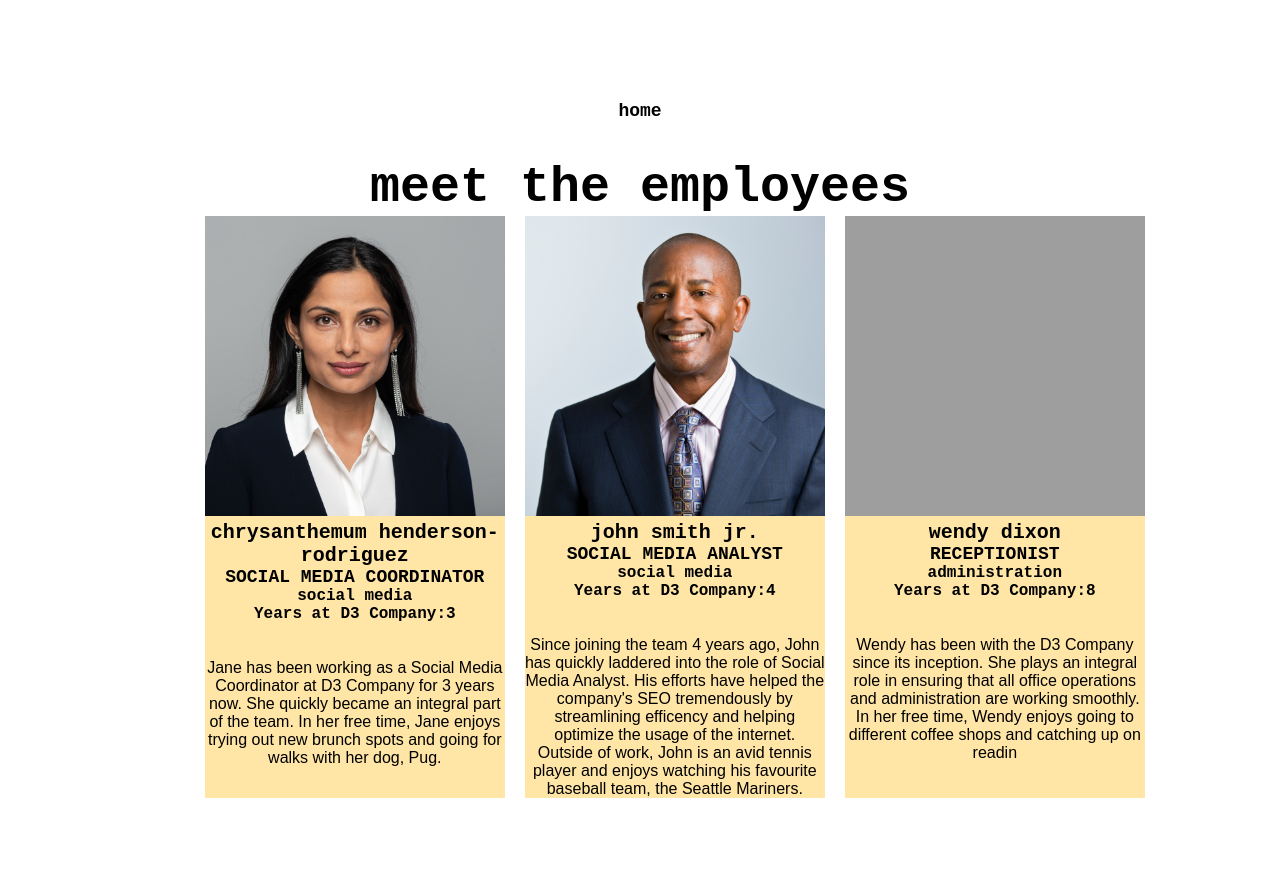
Repository: cheungglenda/MDIA2109-Week3
Page: /about
An editor plug-in stored every save of this project. The page is shown before and after the next save, followed by the edit.
The browser window is 1280 px wide. The pictures show the whole page.
Pictures or frames that could not be fetched are drawn as grey boxes. The project was rebuilt for these pictures with package versions that can differ from the ones it lists, and the page was loaded fresh each time. The framework's server and built-in components were replaced by stand-ins that run in the browser. Also part of the build but not shown: next.config.js.

Above is the page before, as saved 2023-01-20 12:37:22.

After the next save:
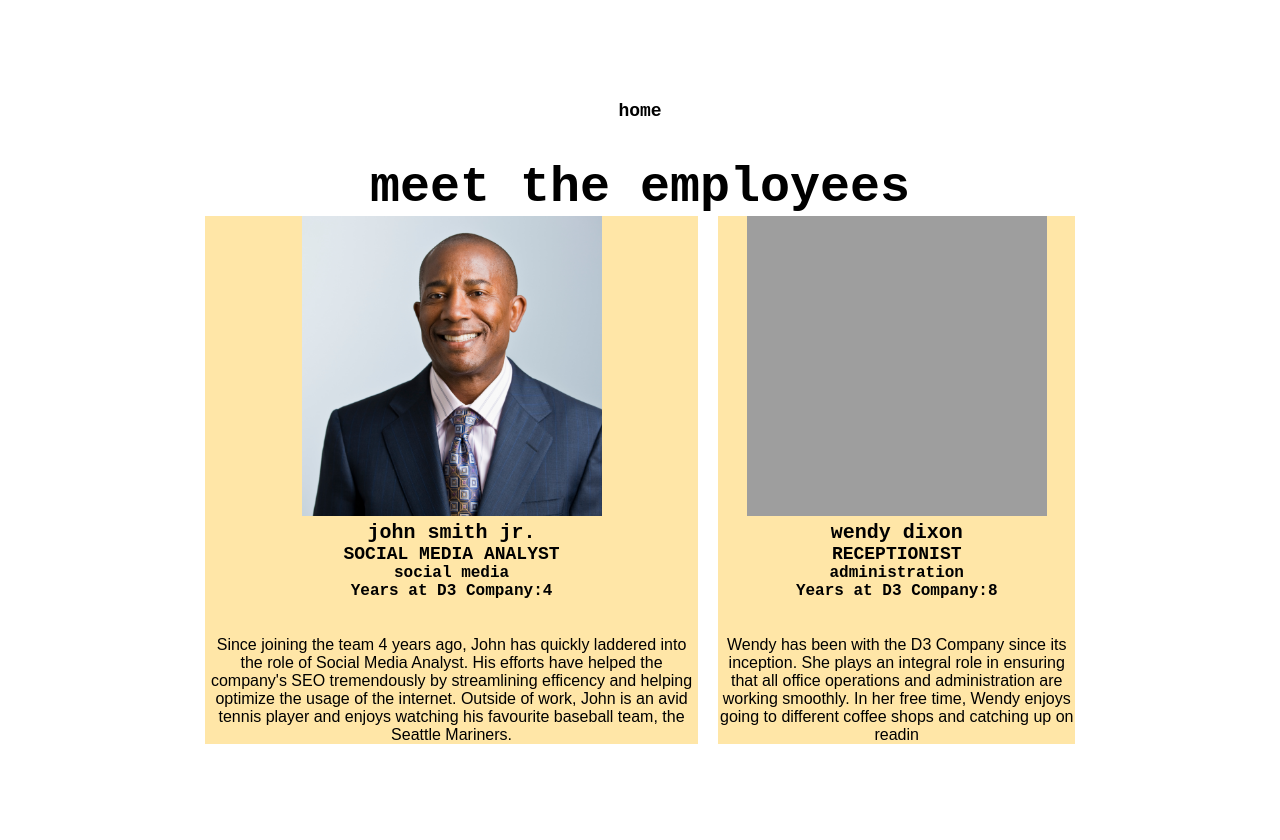
Saved 8 s later.
--- a/data/about.json
+++ b/data/about.json
@@ -1,6 +1,6 @@
 [
     {
-        "firstName": "Chrysanthemum",
+        "firstName": "Jane",
         "lastName": "Henderson-Rodriguez",
         "department": "Social Media",
         "jobTitle": "Social Media Coordinator",
